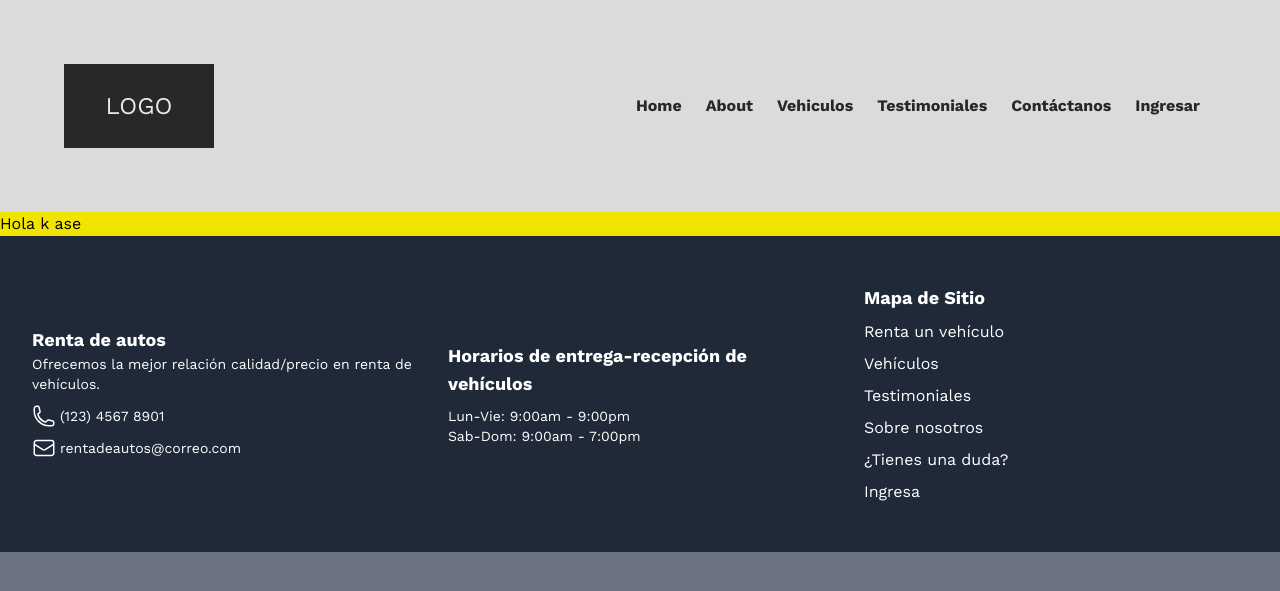
Repository: aldovelacasas/PF_RentCar2
Page: /
An editor plug-in stored every save of this project. The page is shown before and after the next save, followed by the edit.
The browser window is 1280 px wide. The pictures show the whole page.
The project was rebuilt for these pictures with package versions that can differ from the ones it lists, and the page was loaded fresh each time. The framework's server and built-in components were replaced by stand-ins that run in the browser. Also part of the build but not shown: next.config.js.

Above is the page before, as saved 2023-08-30 09:45:13.

### src/app/layout.jsx
import "./globals.css";
import Navbar from "@/components/Navbar/Navbar";
import Footer from "@/components/footer";
import { Inter } from "next/font/google";

const inter = Inter({ subsets: ["latin"] });

export const metadata = {
  title: "Create Next App",
  description: "Generated by create next app",
};

export default function RootLayout({ children }) {
  return (
    <html lang="en">
      <body className={inter.className}>
        <Navbar />
        <div className="">{children}</div>
        <Footer />
      </body>
    </html>
  );
}

### src/app/page.jsx
function HomePage() {
  return (
    <div className="bg-amarillo_status">
      <p>Hola k ase</p>
    </div>
  );
}

export default HomePage;

### src/app/globals.css
@tailwind base;
@tailwind components;
@tailwind utilities;

body {
   @apply bg-gray-500; /* Fondo más claro */
   color: gray-800; /* Texto oscuro */
}

### src/components/NavBar/Navbar.jsx
"use client";

import Link from "next/link";
// import Image from "next/image";
import React, { useState } from "react";
// import Logo from "./Logo";
import NavItem from "./NavItem";
import "./nav.css";

const MENU_LIST = [
  { text: "Home", href: "/" },
  { text: "About", href: "/about" },
  { text: "Vehiculos", href: "/" },
  { text: "Testimoniales", href: "/" },
  { text: "Contáctanos", href: "/" },
  { text: "Ingresar", href: "/" },
];
const Navbar = () => {
  const [navActive, setNavActive] = useState(null);
  const [activeIdx, setActiveIdx] = useState(-1);

  return (
    <>
      <nav className={`nav navBar`}>
        <div className="boxLogo">
          <Link href="/about">
            <h1 className="logo">LOGO</h1>
          </Link>
          <div className="HomeLogo">
            <Link href="/">
              <span className="nav__item">Home</span>
            </Link>
          </div>
        </div>

        <div
          onClick={() => setNavActive(!navActive)}
          className={`nav__menu-bar`}>
          <div></div>
          <div></div>
          <div></div>
        </div>
        <div className={`${navActive ? "active" : ""} nav__menu-list`}>
          {MENU_LIST.map((menu, idx) => (
            <div
              onClick={() => {
                setActiveIdx(idx);
                setNavActive(false);
              }}
              key={menu.text}
              className={menu.text === "Home" ? "HomeMenu" : ""}>
              <NavItem
                active={activeIdx === idx}
                className={menu.text === "Home" ? "HomeMenu" : ""}
                {...menu}
              />
            </div>
          ))}
        </div>
      </nav>
    </>
  );
};

export default Navbar;

### src/components/footer.jsx
"use client";
import Link from "next/link";

function Footer() {
  return (
    <div className="bg-gray-800 text-white py-8 flex flex-col sm:flex-row justify-between items-center p-4 font-poppins">
      <div className="sm:w-1/3 p-4">
        <h3 className="text-lg font-semibold">Renta de autos</h3>
        <p className="text-sm">
          Ofrecemos la mejor relación calidad/precio en renta de vehículos.
        </p>
        <div className="flex items-center text-sm mt-2">
          <svg
            xmlns="http://www.w3.org/2000/svg"
            fill="none"
            viewBox="0 0 24 24"
            strokeWidth={1.5}
            stroke="currentColor"
            className="w-6 h-6">
            <path
              strokeLinecap="round"
              strokeLinejoin="round"
              d="M2.25 6.75c0 8.284 6.716 15 15 15h2.25a2.25 2.25 0 002.25-2.25v-1.372c0-.516-.351-.966-.852-1.091l-4.423-1.106c-.44-.11-.902.055-1.173.417l-.97 1.293c-.282.376-.769.542-1.21.38a12.035 12.035 0 01-7.143-7.143c-.162-.441.004-.928.38-1.21l1.293-.97c.363-.271.527-.734.417-1.173L6.963 3.102a1.125 1.125 0 00-1.091-.852H4.5A2.25 2.25 0 002.25 4.5v2.25z"
            />
          </svg>

          <span className="m-1">(123) 4567 8901</span>
        </div>
        <div className="flex items-center text-sm mt-1">
          <svg
            xmlns="http://www.w3.org/2000/svg"
            fill="none"
            viewBox="0 0 24 24"
            strokeWidth={1.5}
            stroke="currentColor"
            className="w-6 h-6">
            <path
              strokeLinecap="round"
              strokeLinejoin="round"
              d="M21.75 6.75v10.5a2.25 2.25 0 01-2.25 2.25h-15a2.25 2.25 0 01-2.25-2.25V6.75m19.5 0A2.25 2.25 0 0019.5 4.5h-15a2.25 2.25 0 00-2.25 2.25m19.5 0v.243a2.25 2.25 0 01-1.07 1.916l-7.5 4.615a2.25 2.25 0 01-2.36 0L3.32 8.91a2.25 2.25 0 01-1.07-1.916V6.75"
            />
          </svg>

          <span className="m-1"> rentadeautos@correo.com</span>
        </div>
      </div>
      <div className="sm:w-1/3 p-4 mt-4 sm:mt-0">
        <h4 className="text-lg font-semibold">
          Horarios de entrega-recepción de vehículos
        </h4>
        <p className="text-sm mt-2">
          Lun-Vie: 9:00am - 9:00pm
          <br />
          Sab-Dom: 9:00am - 7:00pm
        </p>
      </div>
      <div className="sm:w-1/3 p-4 mt-4 sm:mt-0 w-full">
        <h2 className="text-lg font-semibold">Mapa de Sitio</h2>
        <ul className="mt-2 space-y-2 sm:ml-0 sm:pl-0">
          <li className="text-red">
            <Link href="/rent" className="hover:font-bold">
              Renta un vehículo
            </Link>
          </li>
          <li>
            <Link href="/cars" className="hover:font-bold">
              Vehículos
            </Link>
          </li>
          <li>
            <Link href="/testimoniales" className="hover:font-bold">
              Testimoniales
            </Link>
          </li>
          <li>
            <Link href="/about" className="hover:font-bold">
              Sobre nosotros
            </Link>
          </li>
          <li>
            <Link href="/contact" className="hover:font-bold">
              ¿Tienes una duda?
            </Link>
          </li>
          <li>
            <Link href="/signin" className="hover:font-bold">
              Ingresa
            </Link>
          </li>
        </ul>
      </div>
    </div>
  );
}

export default Footer;

### src/components/NavBar/NavItem.jsx
import Link from "next/link";
const NavItem = ({ text, href, active }) => {
  const className =
    text === "Home"
      ? "nav__item HomeMenu"
      : `nav__item ${active ? "active" : ""}`;
  return (
    <Link href={href}>
      <span className={className}>{text}</span>
    </Link>
  );
};

export default NavItem;

### src/components/NavBar/nav.css
@import url("https://fonts.googleapis.com/css2?family=Work+Sans:wght@400;500;700&display=swap");
@import url("https://fonts.googleapis.com/css2?family=Rubik:wght@500&display=swap");
* {
  margin: 0;
  padding: 0;
  outline: none;
  box-sizing: border-box;
  font-family: "Work Sans", sans-serif;
}
a {
  text-decoration: none;
  color: inherit;
}
.navBar {
  position: sticky;
  z-index: 30;
  top: 0;
}
nav {
  font-family: "Rubik", sans-serif;
  display: flex;
  justify-content: space-between;
  align-items: center;
  background-color: #dbdbdb;
  color: #282828;
  padding: 2%;
}

.logo {
  background-color: #282828;
  color: #e9e9e9;
  width: 80px;
  text-align: center;
  padding: 0.5rem;
  font-size: 1rem;
}

.nav__menu-bar {
  display: flex;
  flex-direction: column;
  row-gap: 6px;
  cursor: pointer;
}
.nav__menu-bar div {
  width: 40px;
  height: 4px;
  background-color: #282828;
  margin-right: 1rem;
  border-radius: 2px;
}
.nav__menu-list {
  display: flex;
  flex-direction: column;
  position: fixed;
  top: 70px;
  width: 220px;
  row-gap: 24px;
  right: -300px;
  padding: 24px 16px;
  margin-top: 0rem;
  transition: all 0.2s;
  min-height: calc(100vh - 60px);
  font-size: 1rem;
  background-color: #f1f1f1;
}
.nav__menu-list.active {
  right: 0;
  top: 53px;
}
.nav__menu-list span {
  font-weight: 600;
  transition: all 0.3s;
}

.nav__menu-list span:hover {
  /* font-weight: bold; */
  color: #ea4f39;
}
.boxLogo {
  display: flex;
  align-items: center;
  gap: 1rem;
}

.HomeLogo {
  font-size: 1rem;
  font-weight: 600;
  transition: 0.3s;
}

.HomeLogo:hover {
  color: #ea4f39;
}
.center {
  min-height: 600px;
  display: flex;
  justify-content: center;
  align-items: center;
}

.HomeMenu {
  display: none;
}

@media screen and (min-width: 1100px) {
  nav {
    padding: 5%;
  }
  .HomeMenu {
    display: block;
  }
  .nav__menu-list {
    background-color: #dbdbdb;
  }
  .HomeLogo {
    display: none;
    font-size: 2rem;
  }
  .logo {
    background-color: #282828;
    color: #e9e9e9;
    width: 150px;
    text-align: center;
    padding: 1.5rem;
    font-size: 1.5rem;
  }
  .nav__menu-bar {
    display: none;
  }
  .nav__menu-list {
    position: unset;

    flex-direction: row;
    min-height: fit-content;
    width: fit-content;
    column-gap: 24px;
    align-items: center;
  }
  .nav__link::before {
    content: "";
    position: absolute;
    width: 0%;
    height: 6px;
    bottom: -16px;
    left: 0;
    background-color: black;

    transition: all 0.2s;
  }

  .nav__link:hover:before {
    width: 100%;
  }
}

### tailwind.config.js
/** @type {import('tailwindcss').Config} */
module.exports = {
  content: [
    "./src/pages/**/*.{js,ts,jsx,tsx,mdx}",
    "./src/components/**/*.{js,ts,jsx,tsx,mdx}",
    "./src/app/**/*.{js,ts,jsx,tsx,mdx}",
  ],
  theme: {
    extend: {
      backgroundImage: {
        "gradient-radial": "radial-gradient(var(--tw-gradient-stops))",
        "gradient-conic":
          "conic-gradient(from 180deg at 50% 50%, var(--tw-gradient-stops))",
      },
      colors: {
        gris_fondo: "#dbdbdb",
        gris_frente: "#e9e9e9",
        negro_fondo: "#282828",
        naranja_enf: "#ea4f39",
        rojo_status: "#e30613",
        verde_status: "#4aaf4d",
        amarillo_status: "#f0e400",
      },
    },
  },
  plugins: [],
};

After the next save:
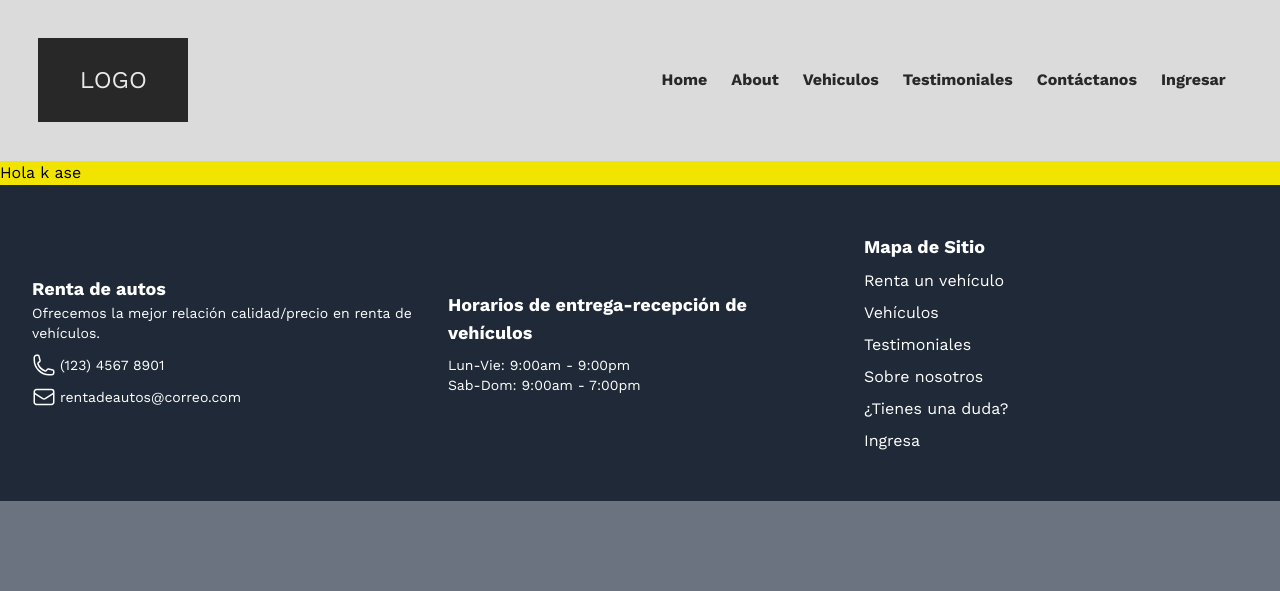
Saved 12 s later.
--- a/src/components/NavBar/nav.css
+++ b/src/components/NavBar/nav.css
@@ -104,7 +104,7 @@ nav {
 
 @media screen and (min-width: 1100px) {
   nav {
-    padding: 5%;
+    padding: 3%;
   }
   .HomeMenu {
     display: block;
